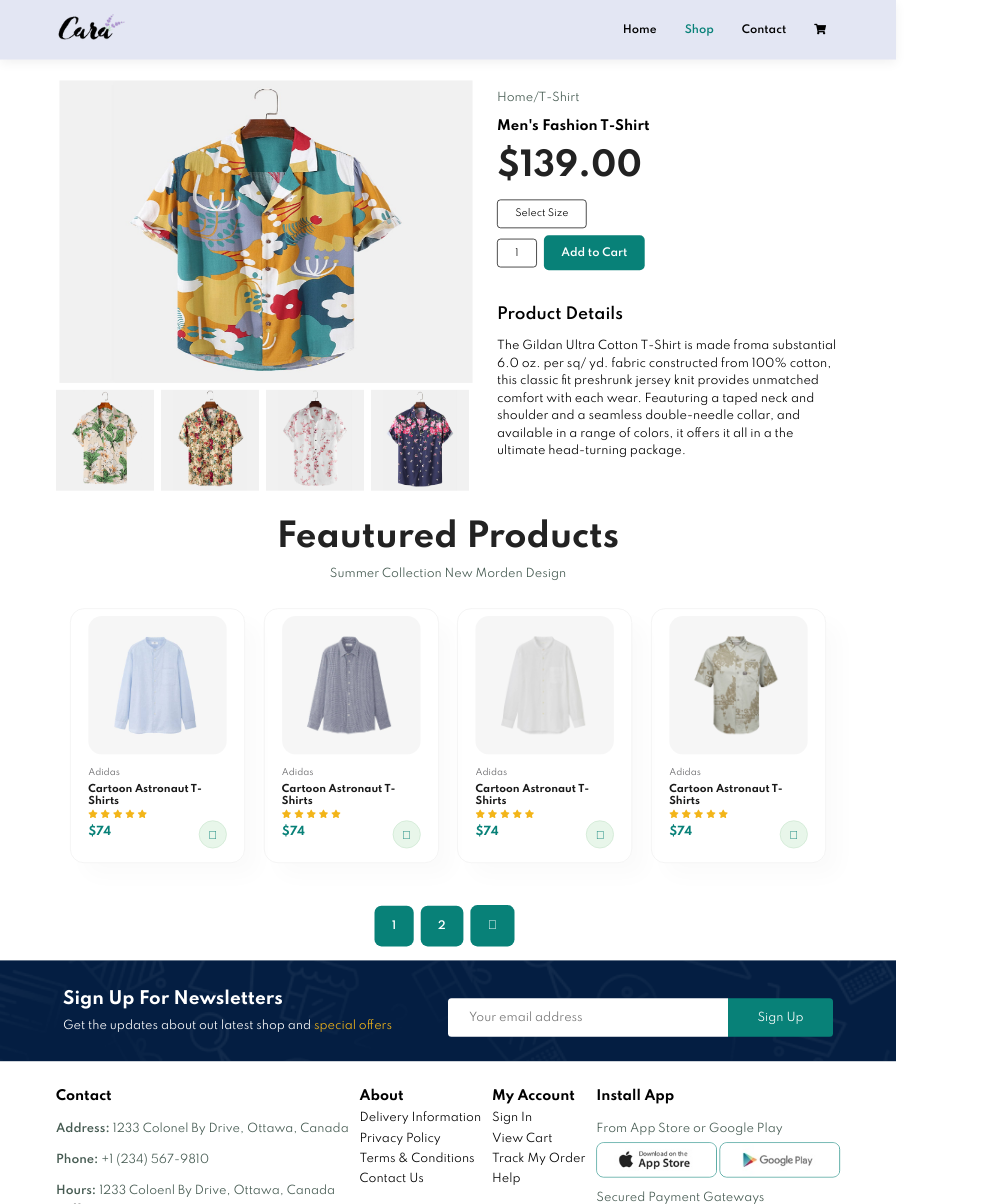
Repository: Daryllgio/E-Commerce-Website-UI
Page: ItemDetail.html
The author's editor kept a copy of each file at every save. The page is drawn from the files as they stood at one save, then again after the next save.
The browser window is 1280 px wide. The page is 1280 px wide, then 1417 px, then 1280 px, so the pictures cover 1417 px, including what lies to the right of the window. The pictures show the part of the page from y = 0 to 1720 px (the page is 1876 px tall before and 2534 px after), at 70% of full size.
Some web libraries are served in a nearby version.

Above is the page before, as saved 2025-01-01 21:43:05.

After the next save:
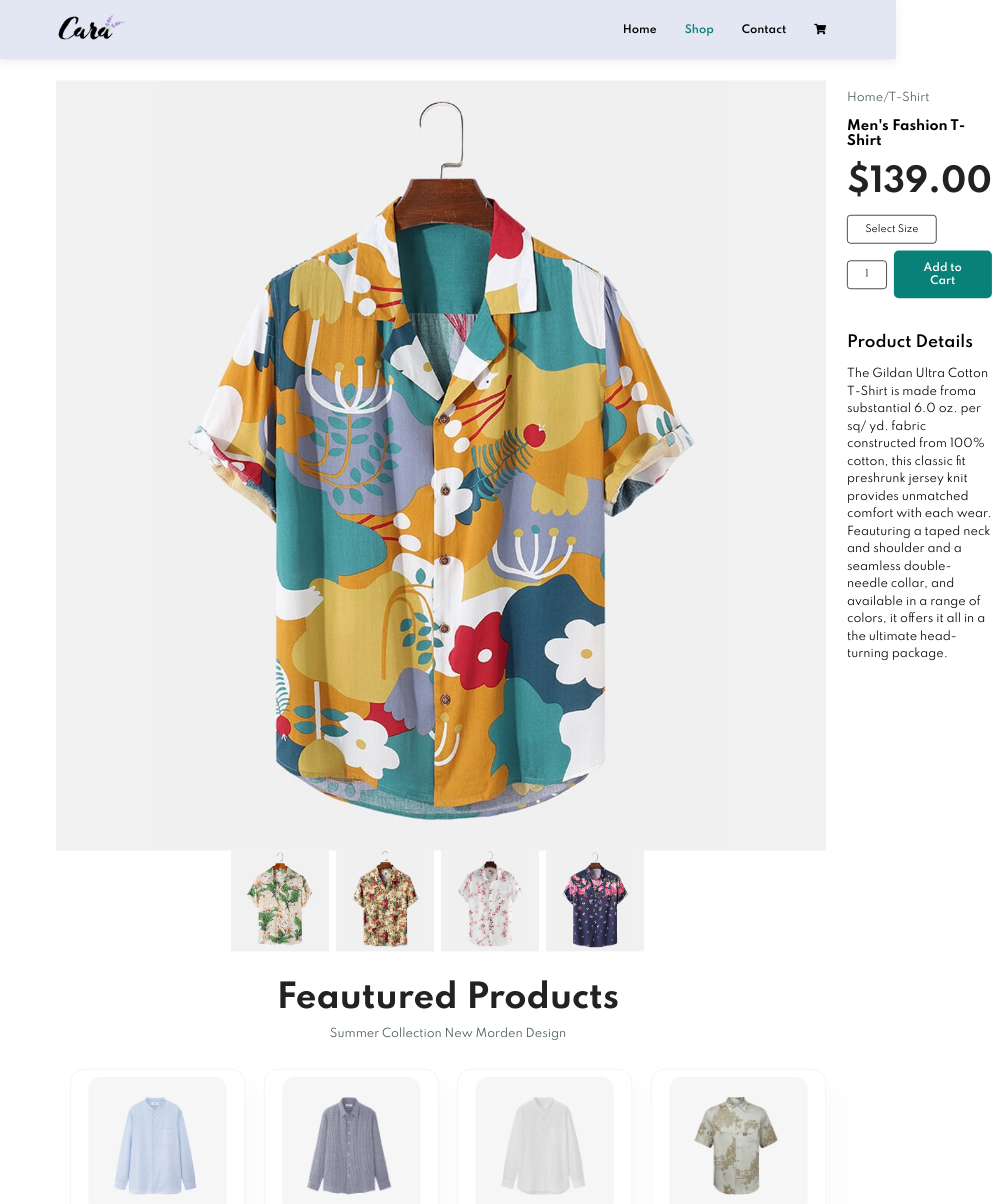
Saved 51 s later.
--- a/ItemDetail.html
+++ b/ItemDetail.html
@@ -36,7 +36,7 @@
 
     <section id="Product-Detail-Container">
         <div class="OptionContainer">
-            <img src="img/products/f1.jpg" id="Mainoption" id="MainImg" alt="">
+            <img src="img/products/f1.jpg" id="MainImg" alt="">
             <div class="OptionSubContainer">
                 <img src="img/products/f2.jpg" class="option" alt="">
                 <img src="img/products/f3.jpg" class="option" alt="">

After the save that followed:
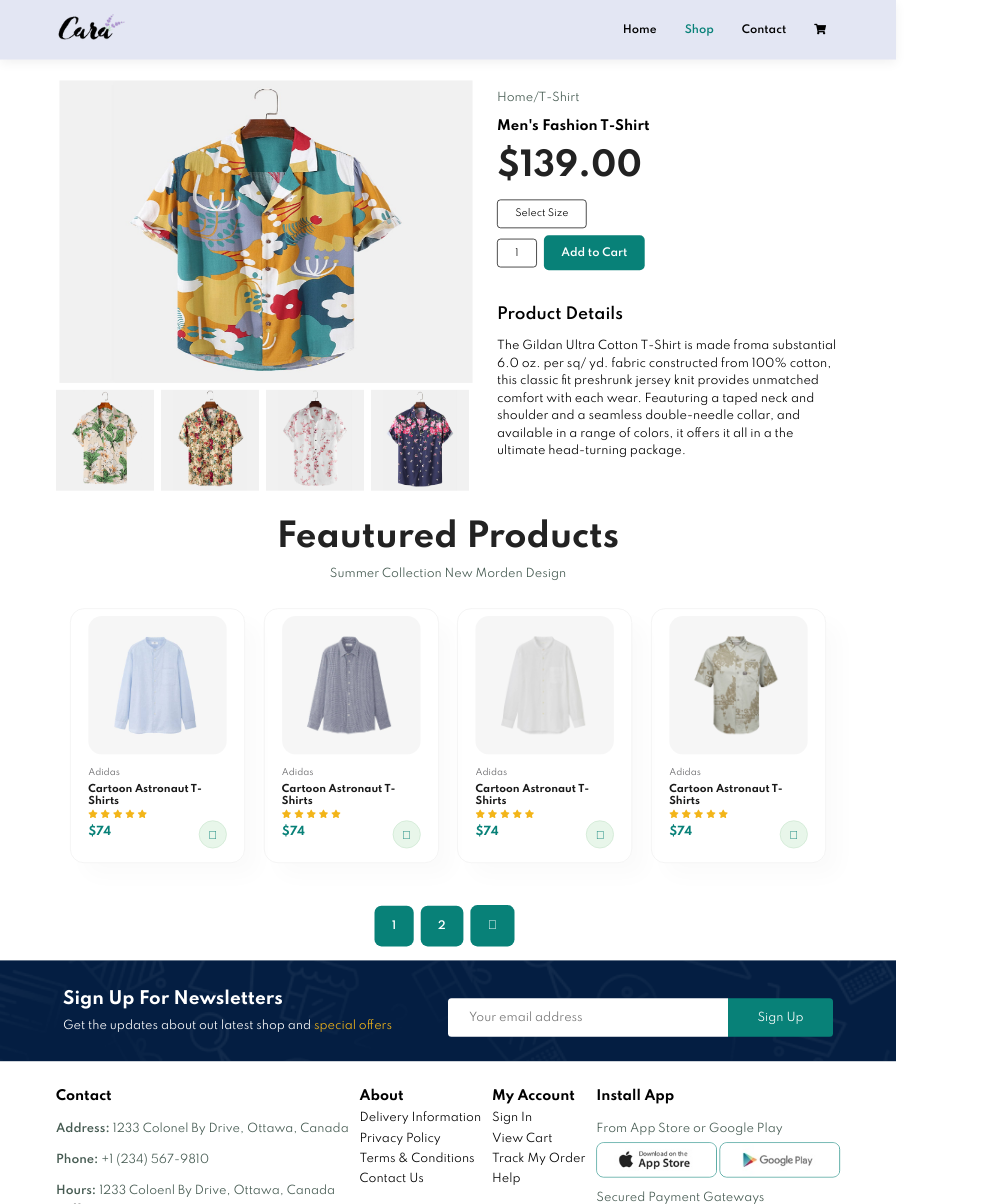
Saved 7 s later.
--- a/style.css
+++ b/style.css
@@ -613,7 +613,7 @@ body {
 
 
 
-#Mainoption {
+#MainImg {
   width: 590px;
   height: 60vh;
   margin-bottom: 10px;
